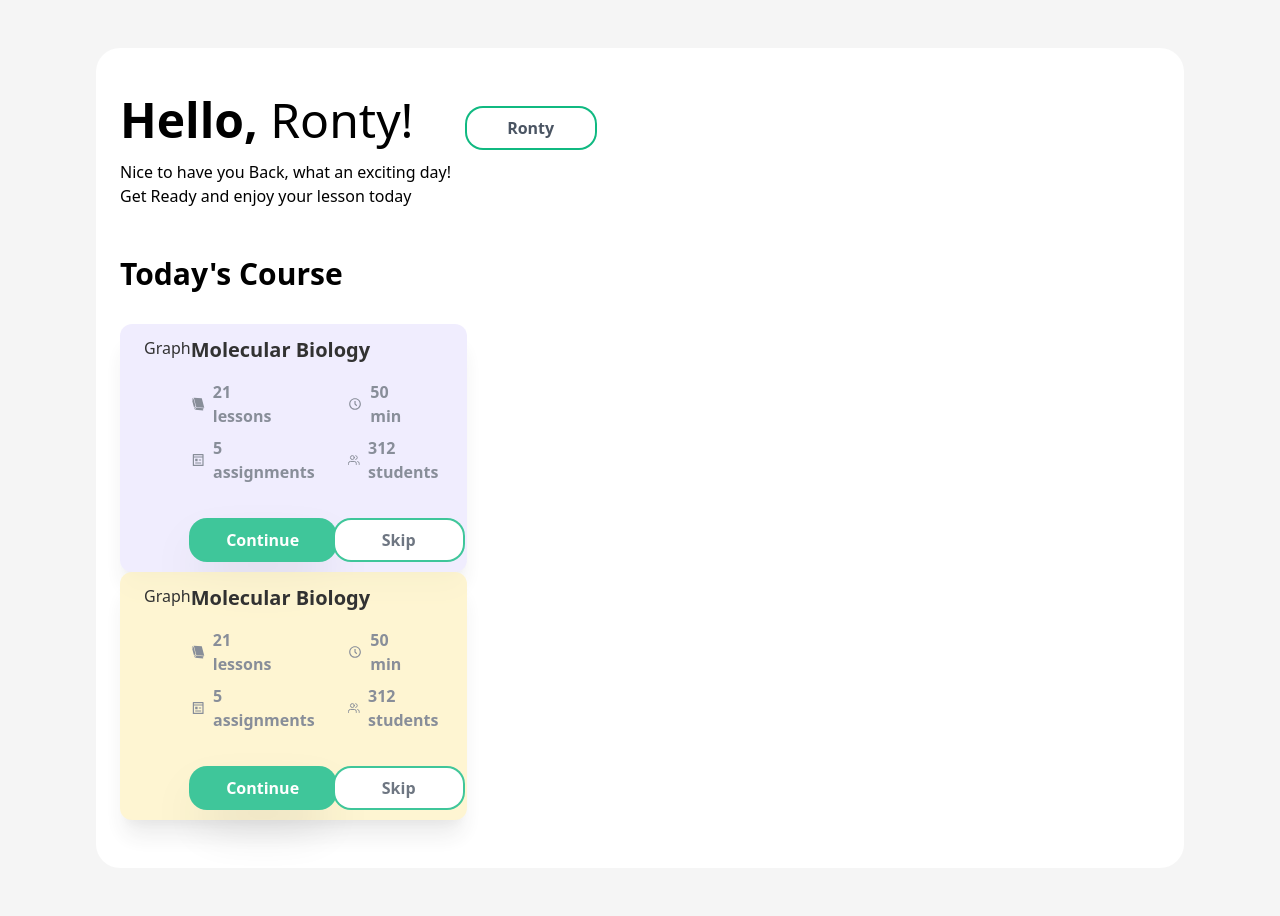
Repository: coolronts/Vite-Tailwind
Page: /
These files come from the project's save history. The page is drawn as it stood at one moment and after the next save; the edit follows.
The browser window is 1280 px wide. The pictures show the whole page.
The project was rebuilt for these pictures with package versions that can differ from the ones it lists, and the page was loaded fresh each time. Also part of the build but not shown: vite.config.js, src/components/Chart/index.jsx.

Above is the page before, as saved 2021-11-26 13:40:12.

After the next save:
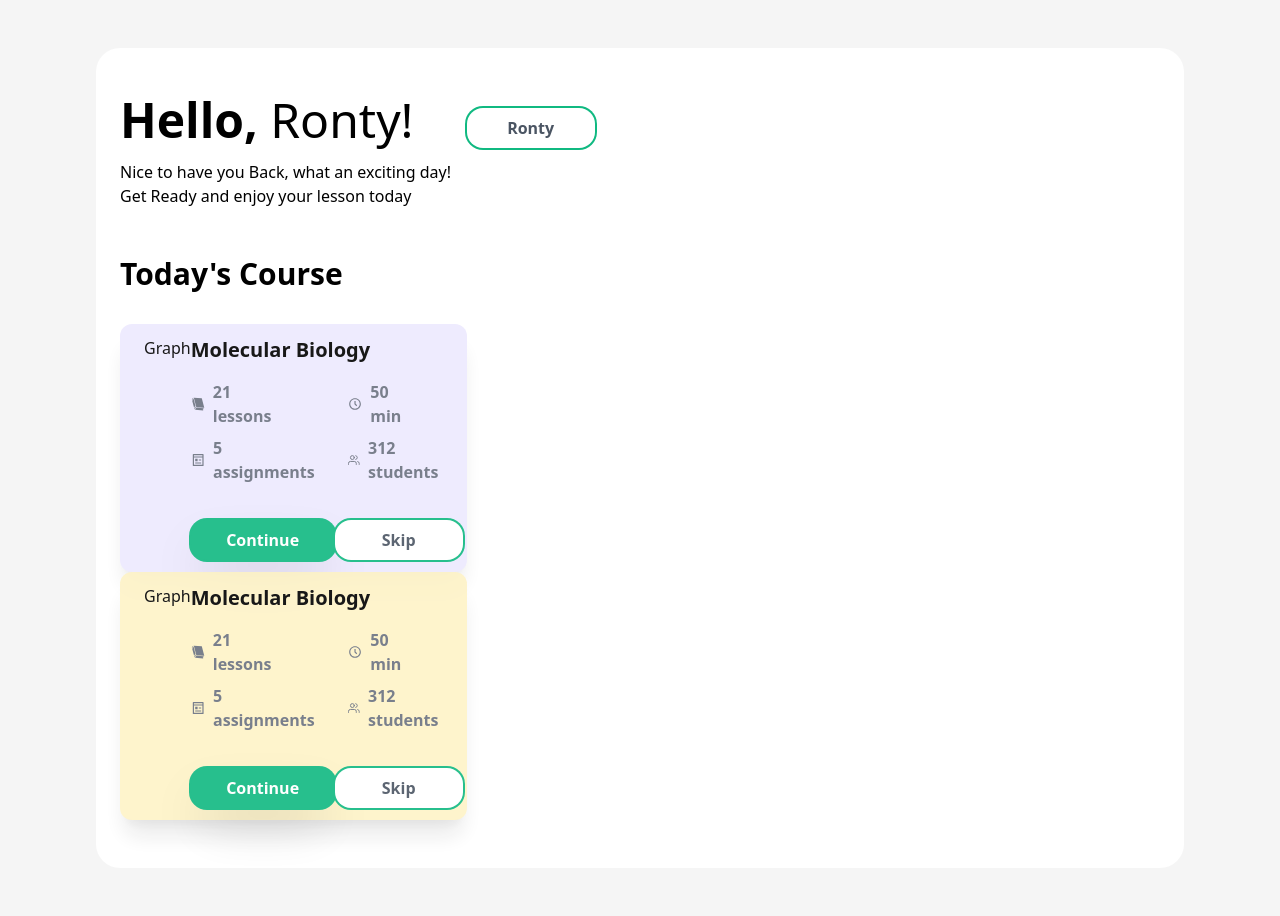
Saved 20 s later.
--- a/src/components/Card/index.jsx
+++ b/src/components/Card/index.jsx
@@ -2,7 +2,7 @@ import React from 'react'
 
 export const PrimaryCard =({children, color="purple"}) => {
   return (
-    <div className={`bg-${color}-100 py-3 px-6 rounded-xl shadow-xl opacity-80`}>
+    <div className={`bg-${color}-100 py-3 px-6 rounded-xl shadow-xl opacity-90`}>
       {children}
     </div>
   )
